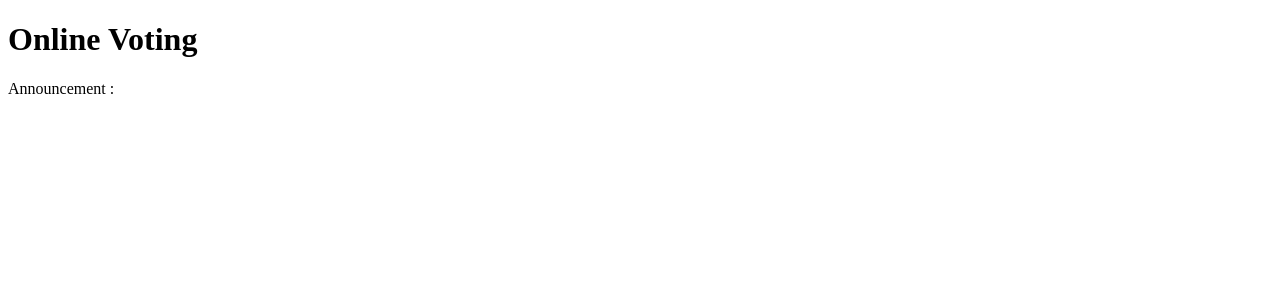
Repository: bhageshchincholi/AdvanceJava
Page: Election/Election/webcontent/announcement.html
The author's editor kept a copy of each file at every save. The page is drawn from the files as they stood at one save, then again after the next save.
The browser window is 1280 px wide. The pictures show the whole page.

Above is the page before, as saved 2024-06-09 11:36:33.

### Election/Election/webcontent/announcement.html
<!DOCTYPE html>
<html>
<head>
<meta charset="ISO-8859-1">
<title>Announcement</title>
</head>
<body>
		<h1>Online Voting</h1>
		<form method="post" action="announce">
				Announcement : <br/>

		</form>
</body>
</html>

After the next save:
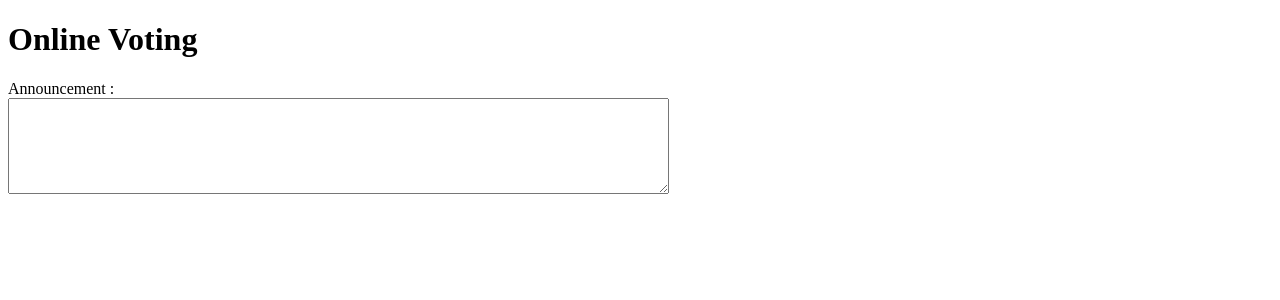
Saved 46 s later.
--- a/Election/Election/webcontent/announcement.html
+++ b/Election/Election/webcontent/announcement.html
@@ -8,7 +8,8 @@
 		<h1>Online Voting</h1>
 		<form method="post" action="announce">
 				Announcement : <br/>
-
+				<textarea rows="6" cols="80"></textarea>
+				<br/><br/>
 		</form>
 </body>
 </html>
